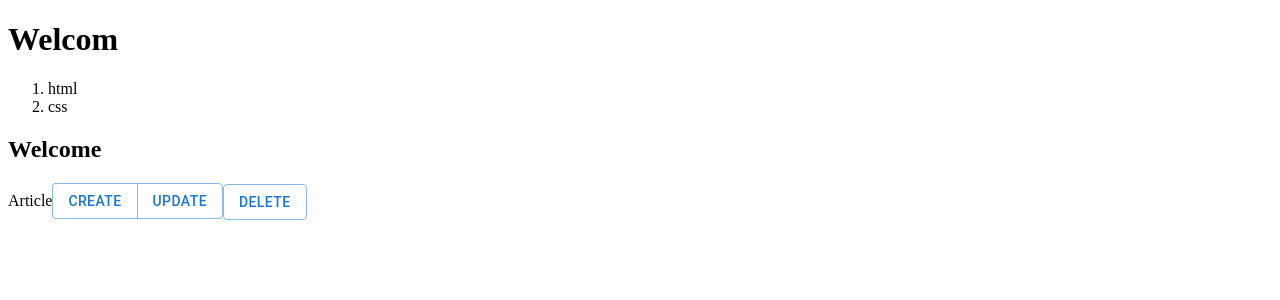
Repository: chlwpdnswku/nextjsportpolioclone
Page: /
An editor plug-in stored every save of this project. The page is shown before and after the next save, followed by the edit.
The browser window is 1280 px wide. The pictures show the whole page.
The project was rebuilt for these pictures with package versions that can differ from the ones it lists, and the page was loaded fresh each time. The framework's server and built-in components were replaced by stand-ins that run in the browser. Also part of the build but not shown: next.config.js.

Above is the page before, as saved 2022-08-05 16:02:26.

After the next save:
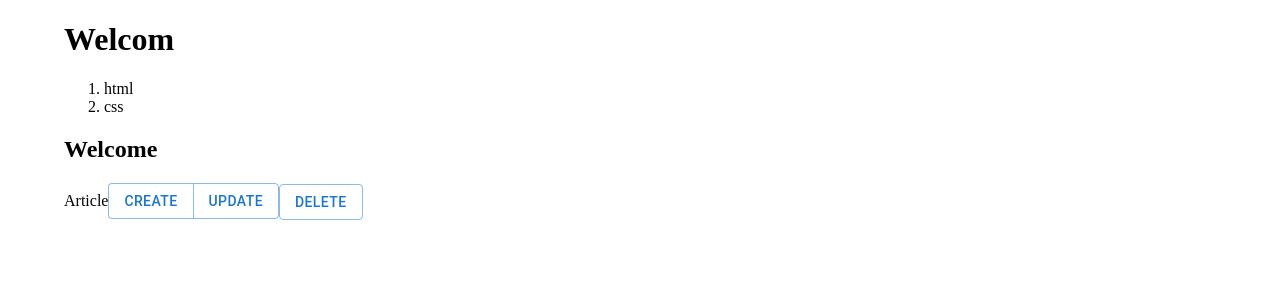
Saved 2 min 14 s later.
--- a/pages/index.tsx
+++ b/pages/index.tsx
@@ -4,14 +4,15 @@ import Image from 'next/image';
 import styles from '../styles/Home.module.css';
 import Button from '@mui/material/Button';
 import ButtonGroup from '@mui/material/ButtonGroup';
+import Container from '@mui/material/Container';
 
 const Home: NextPage = () => {
   return (
-    <>
+    <Container>
       <Header></Header>
       <Nav></Nav>
       <Article></Article>
-    </>
+    </Container>
   );
 };
 function Header() {
